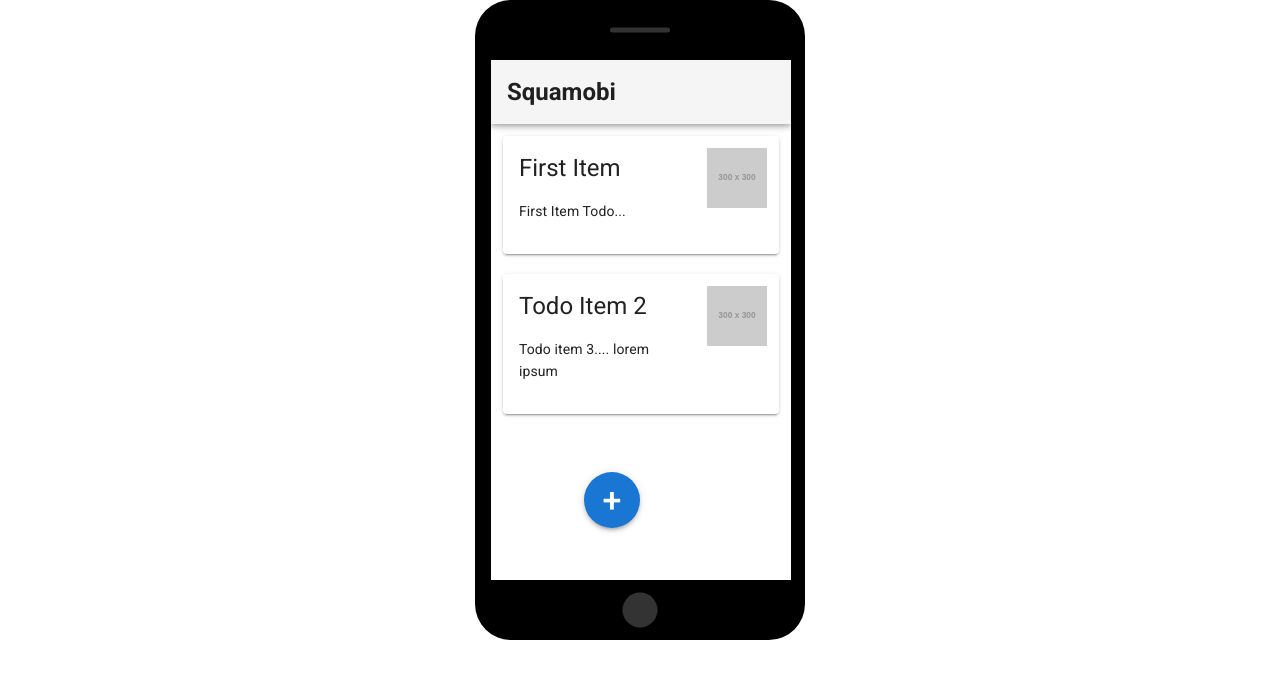
Repository: Keepnox/squamobi-interview
Page: /
The author's editor kept a copy of each file at every save. The page is drawn from the files as they stood at one save, then again after a run of saves.
The browser window is 1280 px wide. The pictures show the whole page.
The project was rebuilt for these pictures with package versions that can differ from the ones it lists, and the page was loaded fresh each time. Also part of the build but not shown: vue.config.js. Imported but missing from the stored project, and not drawn on this page: src/views/About.vue.

Above is the page before, as saved 2022-01-16 02:12:23.

### src/App.vue
<template>
  <smartphone>
    <v-app>
    <v-main>
        <v-app-bar >
          <h2>Squamobi</h2>
        </v-app-bar>

      <!-- Provides the application the proper gutter -->
      <v-container fluid>

        <!-- If using vue-router -->
        <router-view></router-view>
      </v-container>
    </v-main>

  </v-app>
  </smartphone>

</template>

<script>
import Smartphone from './components/Smartphone.vue';

export default {
  name: 'App',

  components: {
    Smartphone,
  },

  data: () => ({
    //
  }),
};
</script>

### src/components/Smartphone.vue
<template>
  <div class="smartphone">
    <div class="content">
      <slot> </slot>
    </div>
  </div>
</template>

<style scoped>

.smartphone {
  position: relative;
  width: 330px;
  height: 640px;
  margin: auto;
  border: 16px black solid;
  border-top-width: 60px;
  border-bottom-width: 60px;
  border-radius: 36px;
}

/* The horizontal line on the top of the device */
.smartphone:before {
  content: '';
  display: block;
  width: 60px;
  height: 5px;
  position: absolute;
  top: -30px;
  left: 50%;
  transform: translate(-50%, -50%);
  background: #333;
  border-radius: 10px;
}

/* The circle on the bottom of the device */
.smartphone:after {
  content: '';
  display: block;
  width: 35px;
  height: 35px;
  position: absolute;
  left: 50%;
  bottom: -65px;
  transform: translate(-50%, -50%);
  background: #333;
  border-radius: 50%;
}

/* The screen (or content) of the device */
.smartphone .content {
  width: 300px;
  height: 520px;
  background: white;
}

.content > * {
  min-height: 100%;
  height: 100%;
}
</style>

### src/views/Home.vue
<template>
  <div id="listOuter">
    <TodoItem
      v-for="(t, index) in todoData"
      :key="index"
      :title="t.title"
      :desc="t.description"
      :image="t.image"
    ></TodoItem>

    <v-btn
          class="add-button"
          color="primary"
          elevation="3"
          fab
          v-on:click="dialog = !dialog"
        ><span style="font-size:34px;">+</span></v-btn>
        <v-card class="popup" v-if="dialog">
          <div class="popup-title">Add Todo</div>
          <v-text-field
            label="Title"
            hide-details="auto"
            v-model="title"
          ></v-text-field>
          <v-text-field
            label="Description"
            hide-details="auto"
            v-model="description"
          ></v-text-field>
          <v-text-field
            label="Image Url"
            hide-details="auto"
            v-model="image"
          ></v-text-field>
          <v-btn class="add" v-on:click="addTodo">
            Add
          </v-btn>
        </v-card>
  </div>
</template>

<script>

import TodoItem from '@/components/TodoItem.vue'

export default {
  name: 'Home',
  components: {TodoItem},
  data () {
    return {
      todoData: [],
      dialog: false,
      image: "",
      description: "",
      title: ""
    }
  },
  watch: {
    dialog(val) {
      if(val) {
        document.getElementsByTagName('body')[0].classList.add('popup-active')
      } else {
        document.getElementsByTagName('body')[0].classList.remove('popup-active')
      }
    }
  },
  mounted () {
    this.todoData = JSON.parse(localStorage.getItem('todo'))
  },
  created() {
    let defaultData = JSON.parse(localStorage.getItem('todo')) || [
        {
          title: "First Item",
          description: 'First Item Todo...',
          image: "https://unsplash.it/640/425?random"
        },
        {
          title: "Todo Item 2",
          description: 'Todo item 3.... lorem ipsum',
          image: "https://unsplash.it/640/425?random"
        }
      ]
    localStorage.setItem('todo', JSON.stringify(defaultData))
  },
  methods: {
    addTodo() {
      this.todoData.push(
        {
          title: this.title,
          description: this.description,
          image: this.image
        }
      );
      localStorage.setItem('todo', JSON.stringify(this.todoData));
      this.dialog = false;
    }
  }
}
</script>

<style >
.v-application--wrap {
  height: 100%;
  min-height: 100%;
  overflow: hidden;
  overflow-y: scroll;
}
.v-main, v-main__wrap {
  height: 100%;
}
.v-main .container {
  height: calc(100% - 55px);
}
.list-outer
.list-outer {
  position: relative;
  height: 100%;
  width: 100%;
}
.add-button {
  position: fixed;
  right: 50%;
  transform: translateY(-50%);
  top: 500px;
}
.popup {
  position: absolute;
  padding: 15px;
  width: 90%;
  top: 50%;
  transform: translateY(-50%);
}
.popup .add {
  margin-top: 20px;
  float: right;
}
.popup .popup-title {
  font-weight: 900;
}
</style>

### src/components/TodoItem.vue
<template>
    <v-card class="mb-5">
      <div class="d-flex flex-no-wrap justify-space-between">
        <div>
          <v-card-title class="text-h5" v-text="title"></v-card-title>

          <v-card-text > {{desc}} </v-card-text>
          <v-card-actions>
          </v-card-actions>
        </div>

        <v-avatar
          class="ma-3"
          size="60"
          tile
        >
          <v-img src="http://placehold.it/300"></v-img>
        </v-avatar>
      </div>
    </v-card>
</template>
<script>
export default {
  props: ["desc", "title", "image"],
  mounted() {
    console.log(this.items)
  }
}
</script>

Loaded but not shown: public/index.html (common file); src/main.js (common file); src/plugins/vuetify.js (common file); src/router/index.js (common file)

After the next 7 saves:
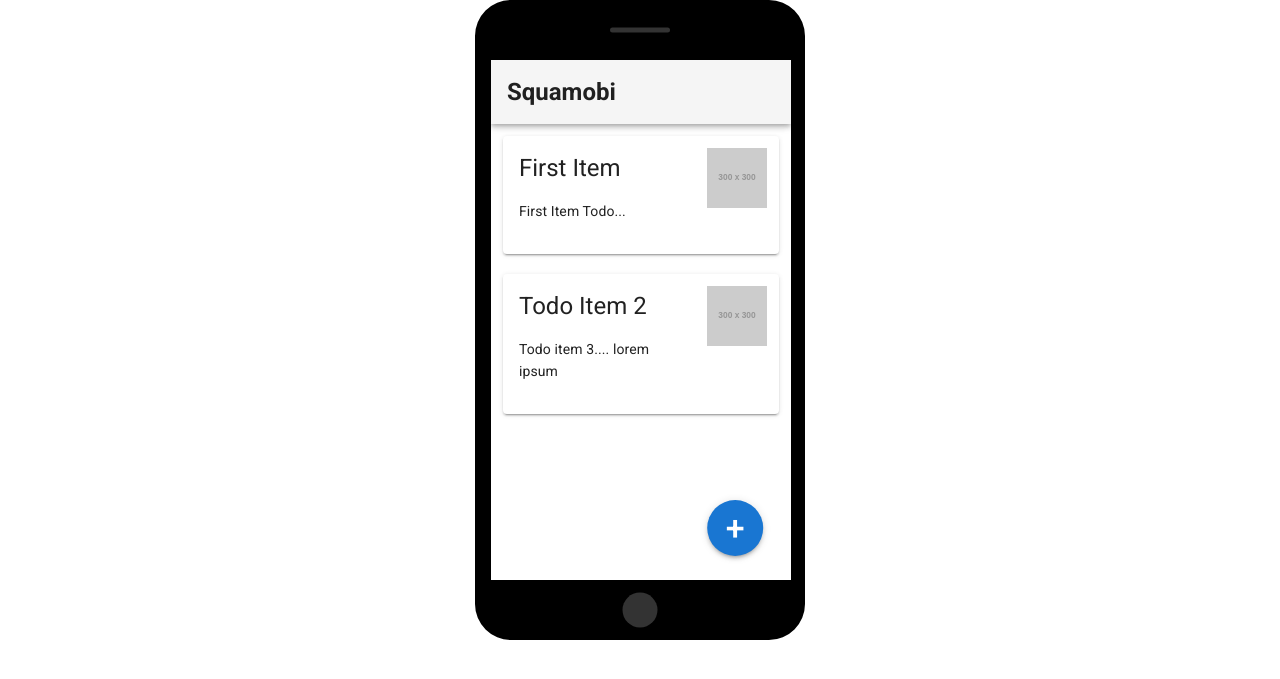
The 7 saves are shown as one change because they came seconds apart.
The last was saved 16 s later.
--- a/src/views/Home.vue
+++ b/src/views/Home.vue
@@ -120,7 +120,7 @@ export default {
 .add-button {
   position: fixed;
   right: 50%;
-  transform: translateY(-50%);
+  transform: translatex(220%);
   top: 500px;
 }
 .popup {
